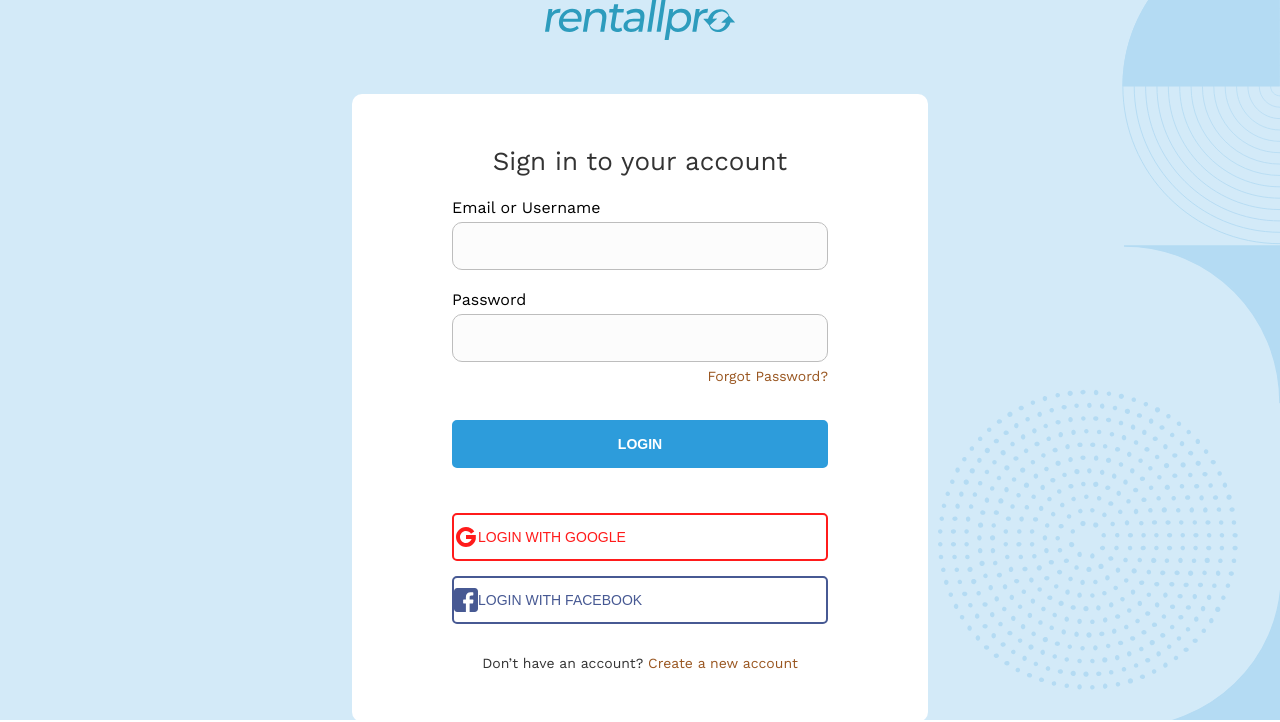
Repository: RentallPro/rentallpro-frontend
Page: /
These files come from the project's save history. The page is drawn as it stood at one moment and after the next save; the edit follows.
The browser window is 1280 px wide. The pictures show the whole page.
The project was rebuilt for these pictures with package versions that can differ from the ones it lists, and the page was loaded fresh each time.

Above is the page before, as saved 2020-12-09 11:10:24.

After the next save:
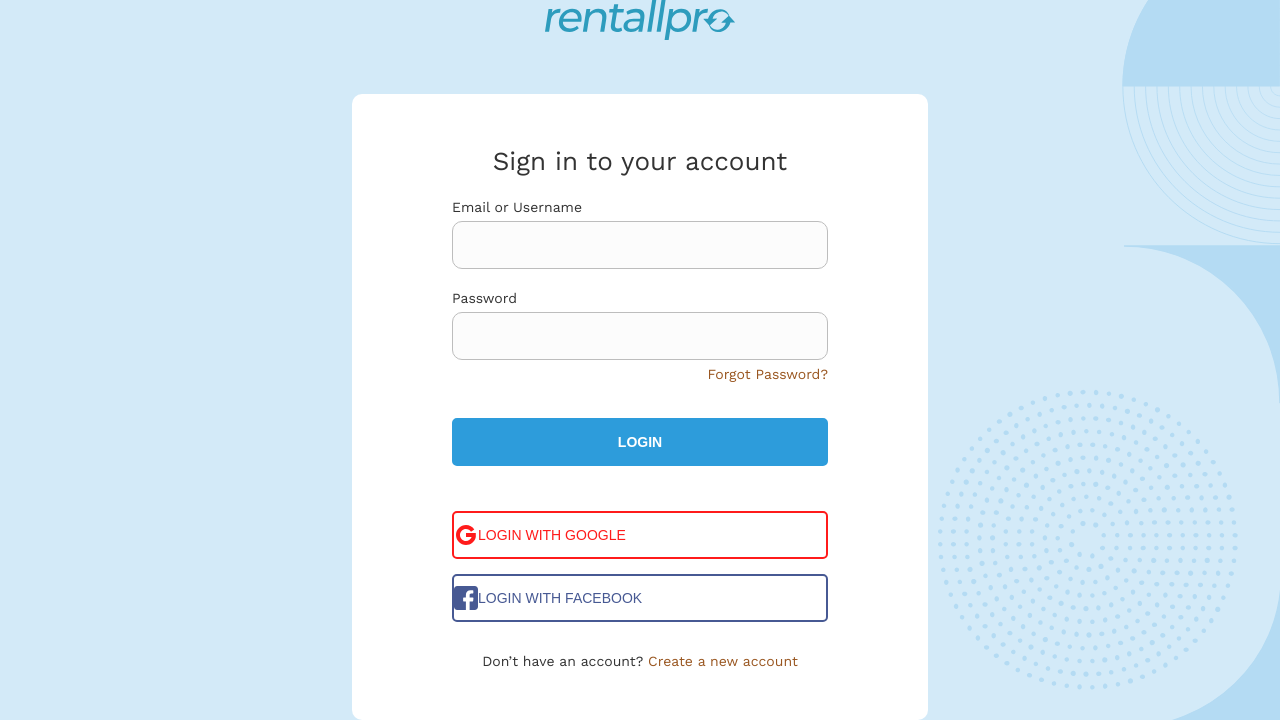
Saved 45 s later.
--- a/src/views/Home/Home.scss
+++ b/src/views/Home/Home.scss
@@ -38,6 +38,13 @@
                 display: flex;
                 flex-direction: column;
                 margin-top: 20px;
+                label {
+                    font-style: normal;
+                    font-weight: normal;
+                    font-size: 14px;
+                    line-height: 18px;
+                    color: #333333;
+                }
                 input {
                     height: 48px;
                     background: #FCFCFC;
